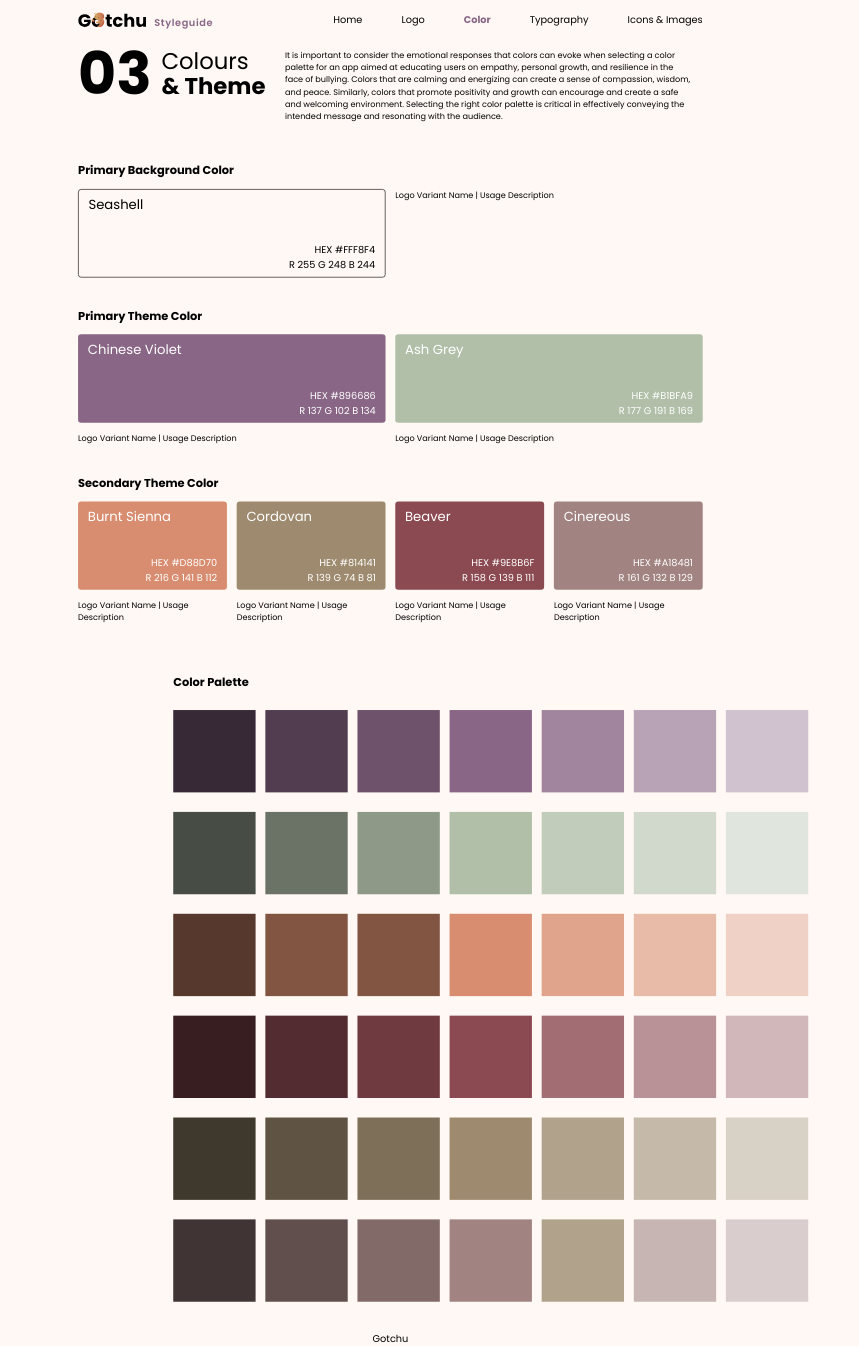
Repository: kionale/Antibullying-Project_Design-Guide
Page: color.html
These files come from the project's save history. The page is drawn as it stood at one moment and after the next save; the edit follows.
The browser window is 1280 px wide. The page is 1408 px wide, so the pictures cover 1408 px, including what lies to the right of the window. The pictures show the whole page, at 61% of full size.

Above is the page before, as saved 2023-03-11 01:45:52.

After the next save:
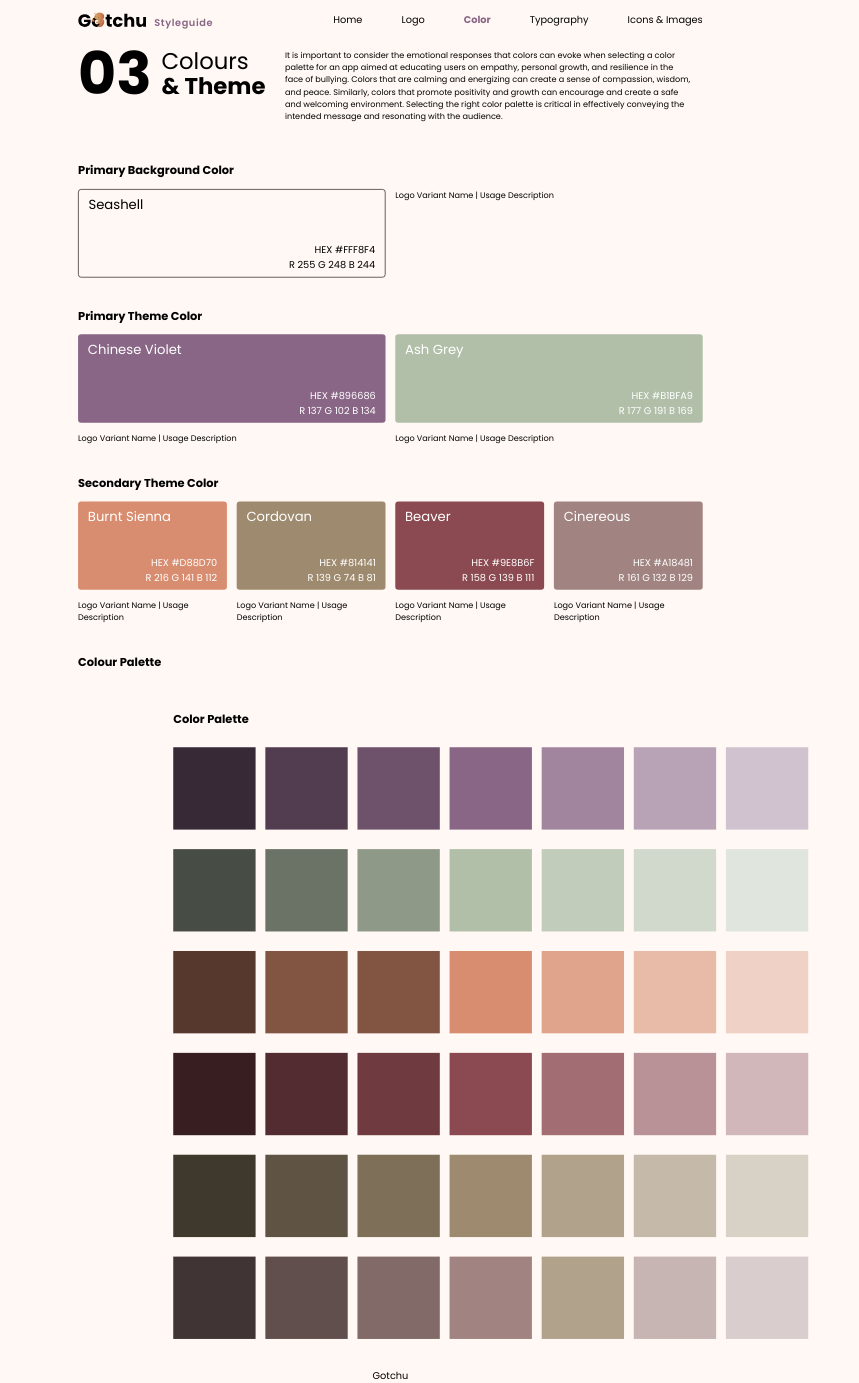
Saved 70 s later.
--- a/color.html
+++ b/color.html
@@ -108,6 +108,7 @@
                 <p class="description_text">Logo Variant Name | Usage Description</p>
             </div>
         </div>
+        <h3 class="subHeading">Colour Palette</h3>
 
         <section class="color_palette">
             <div>
